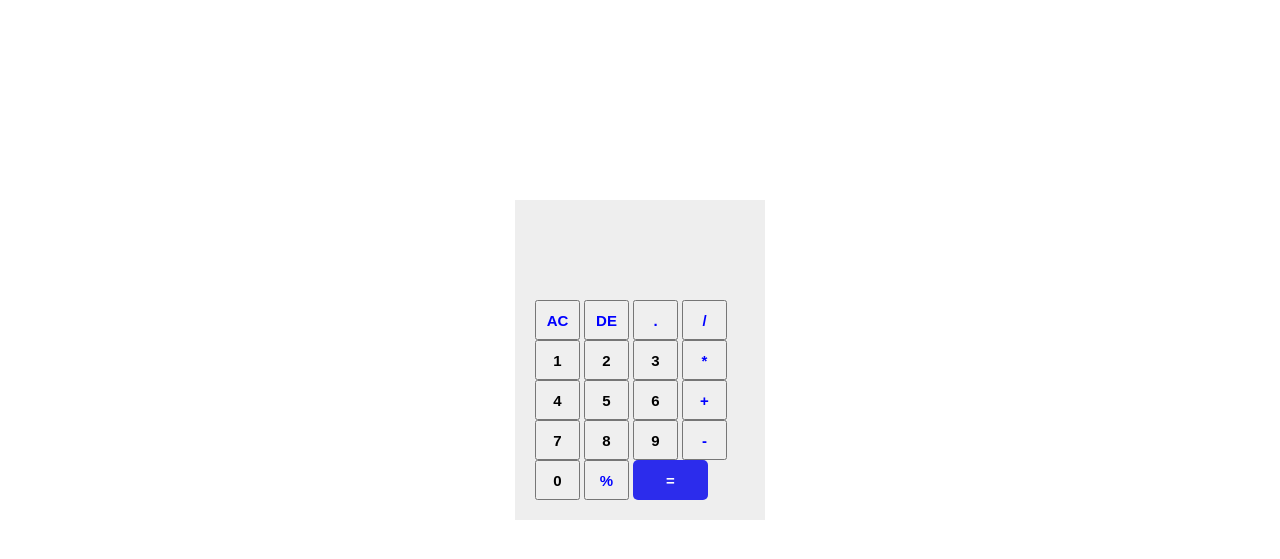
Repository: jerrys-arch/web-calculator
Page: index.html
The author's editor kept a copy of each file at every save. The page is drawn from the files as they stood at one save, then again after a run of saves.
The browser window is 1280 px wide. The pictures show the whole page.

Above is the page before, as saved 2024-11-30 06:04:25.

### index.html
<!DOCTYPE html>
<html lang="en">
<head>
    <meta charset="UTF-8">
    <meta name="viewport" content="width=device-width, initial-scale=1.0">
    <title>calculator</title>
    <link rel="stylesheet" href="styles.css">
</head>
<body>
    <div class="container">
        <div class="calculator">
            <form>
            <div class="display">
                <input id="display" type="text" disabled>
            </div>
            <div class="btn">
                <input type="button" value="AC" class="operator" onclick="clearDisplay()">
                <input type="button" value="DE" class="operator" onclick="deleteLast()">
                <input type="button" value="." class="operator" onclick="appendToDisplay('.')">
                <input type="button" value="/" class="operator" onclick="appendToDisplay('/')">
            </div>
            <div class="btn">
                <input type="button" value="1" onclick="appendToDisplay('1')">
                <input type="button" value="2" onclick="appendToDisplay('2')">
                <input type="button" value="3" onclick="appendToDisplay('3')">
                <input type="button" value="*" class="operator" onclick="appendToDisplay('*')">
            </div>
            <div>
                <input type="button" value="4" onclick="appendToDisplay('4')">
                <input type="button" value="5" onclick="appendToDisplay('5')">
                <input type="button" value="6" onclick="appendToDisplay('6')">
                <input type="button" value="+" class="operator" onclick="appendToDisplay('+')">
            </div>
            <div class="btn">
                <input type="button" value="7" onclick="appendToDisplay('7')" >
                <input type="button" value="8" onclick="appendToDisplay('8')">
                <input type="button" value="9" onclick="appendToDisplay('9')">
                <input type="button" value="-" class="operator" onclick="appendToDisplay('-')">
            </div>
            <div class="btn">
                <input type="button" value="0" onclick="appendToDisplay('0')">
                <input type="button" value="%" class="operator" onclick="calculatePercent()">
                <input type="button" value="=" id="equal" onclick="calculateResult()">
            </div>
        </form>
        </div>
    </div>
    <script src="script.js"></script>
</body>
</html>

### styles.css
*{
    margin:0;
    padding:0;
    box-sizing: border-box;
}

.container{
    display:flex;
    align-items: center;
    justify-content: center;
    height:100vh;
}
.calculator{
    align-items: center;
    padding:20px;
    width:250px;
    background: #eee;
}
.calculator form input{
    width:45px;
    height:40px;
   /* padding: 10px;*/
    border:non;
    font-size: 15px;
    font-weight: bold;
}
.calculator form .display{
   padding: 20px;

}
.calculator form #display{
   width:100%;
   border:none;
   background: transparent;
   text-align: right;

}
.calculator form #equal{
    width:75px;
    background: rgb(44, 44, 236);
    border:none;
   color:white;
   border-radius: 5px;
}
.operator{
    color:blue;
}

### script.js

const display = document.getElementById("display");
function appendToDisplay(value){
    display.value +=value;
}
function calculateResult(value){
    display.value=eval(display.value);
}
function clearDisplay(){
    display.value='';
}
function deleteLast(){
    display.value=display.value.slice(0,-1);
}
function calculatePercent(value){
   display.value=display.value/100;
}

After the next 2 saves:
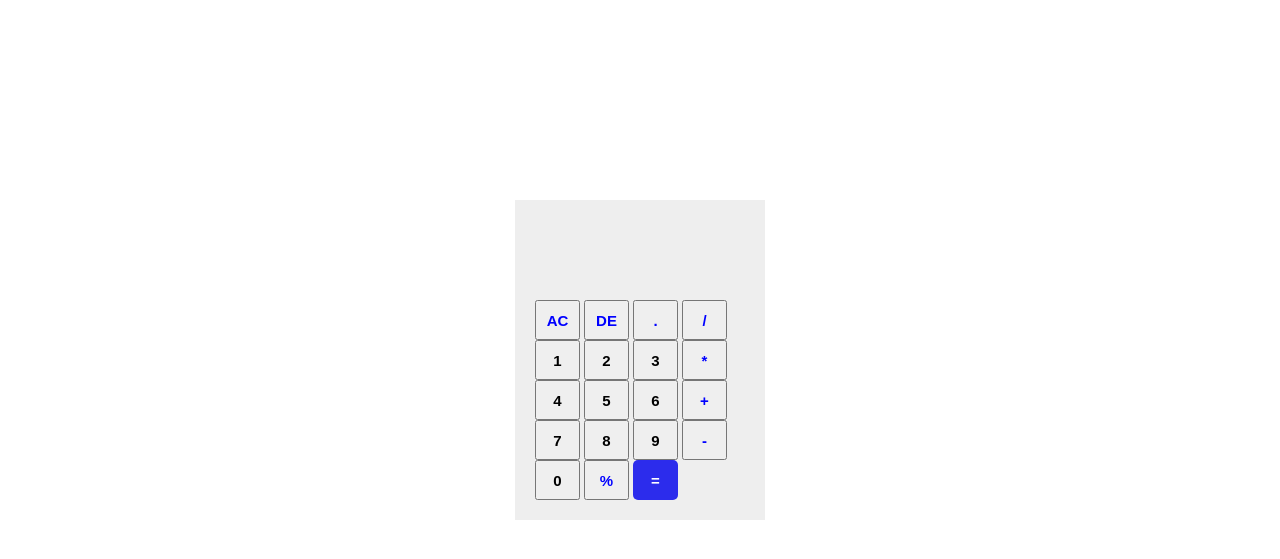
The 2 saves are shown as one change because they came seconds apart.
The last was saved 9 s later.
--- a/styles.css
+++ b/styles.css
@@ -36,7 +36,7 @@
 
 }
 .calculator form #equal{
-    width:75px;
+    width:px;
     background: rgb(44, 44, 236);
     border:none;
    color:white;
